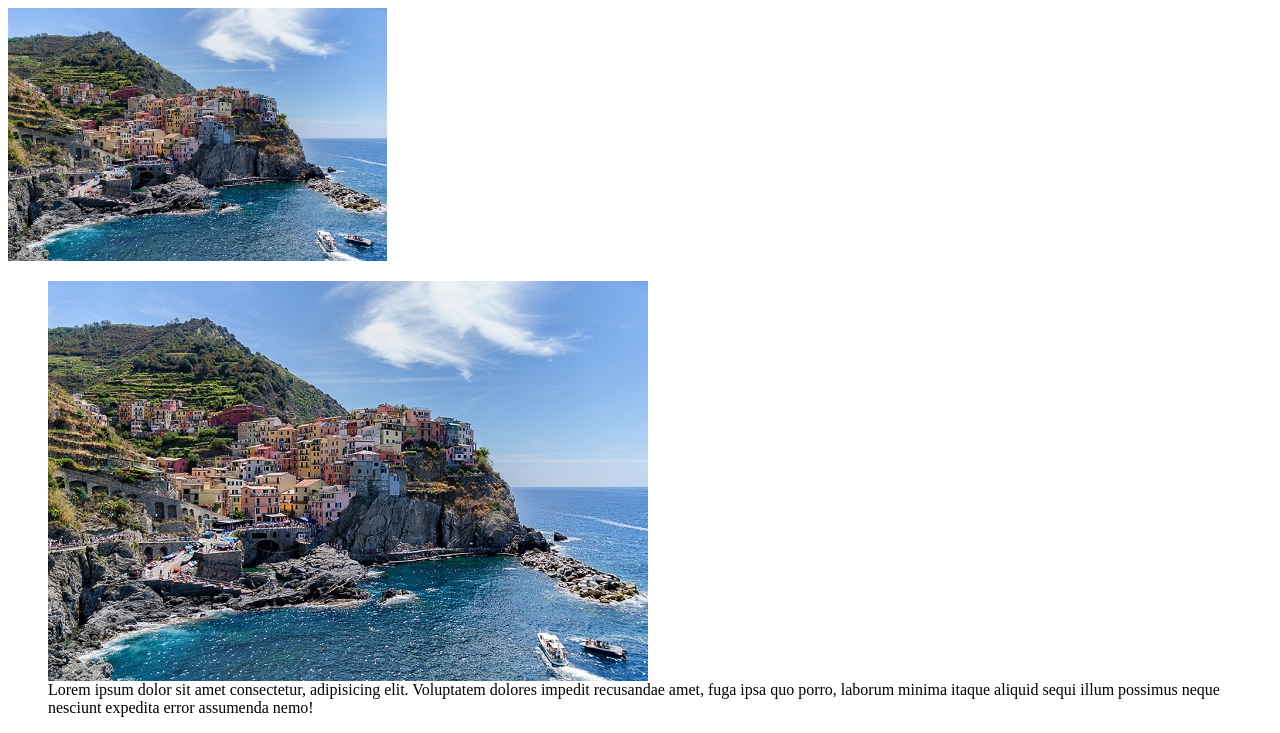
Repository: EmanuelUrbano/introducao_a_tecnologias
Page: 05_05_2022/dropdown_image/index.html
These files come from the project's save history. The page is drawn as it stood at one moment and after the next save; the edit follows.
The browser window is 1280 px wide. The pictures show the whole page.

Above is the page before, as saved 2022-05-10 00:01:52.

After the next save:
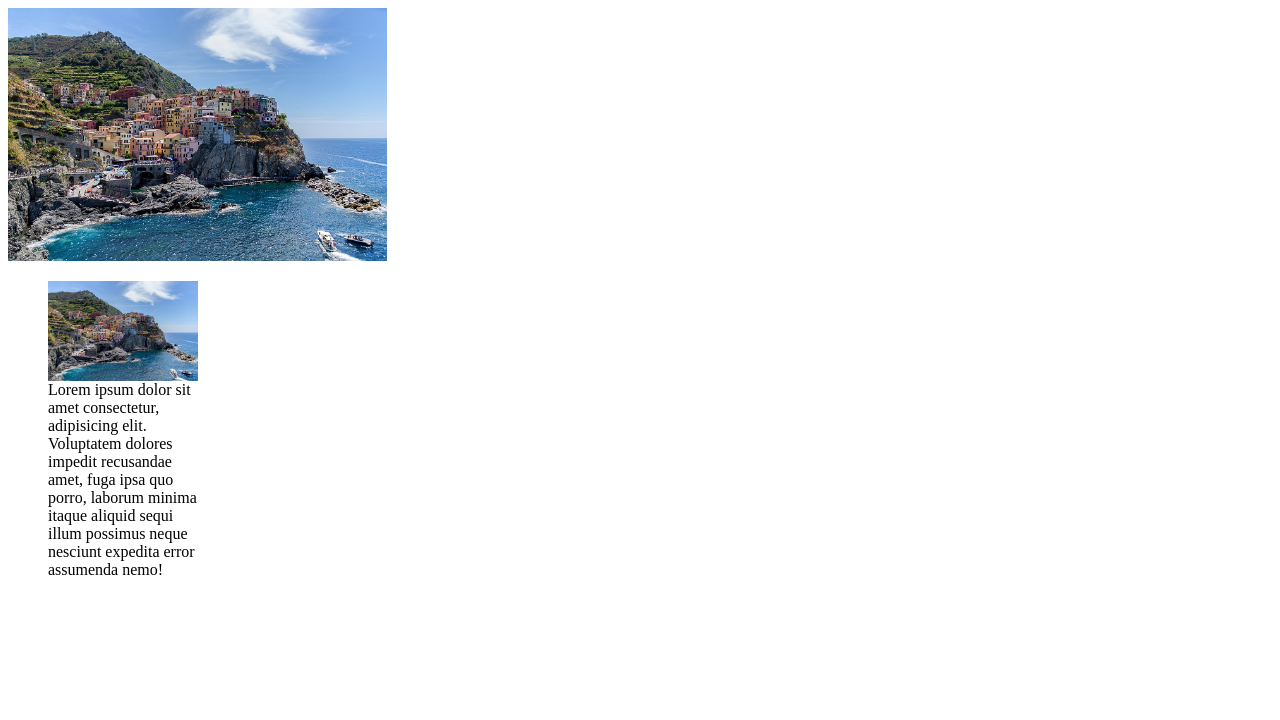
Saved 34 s later.
--- a/05_05_2022/dropdown_image/style.css
+++ b/05_05_2022/dropdown_image/style.css
@@ -5,7 +5,7 @@
 }
 
 figure.imagem_grande{
-    max-width: fit-content;
+    max-width: 150px;
     height: auto;
 }
 

After the save that followed:
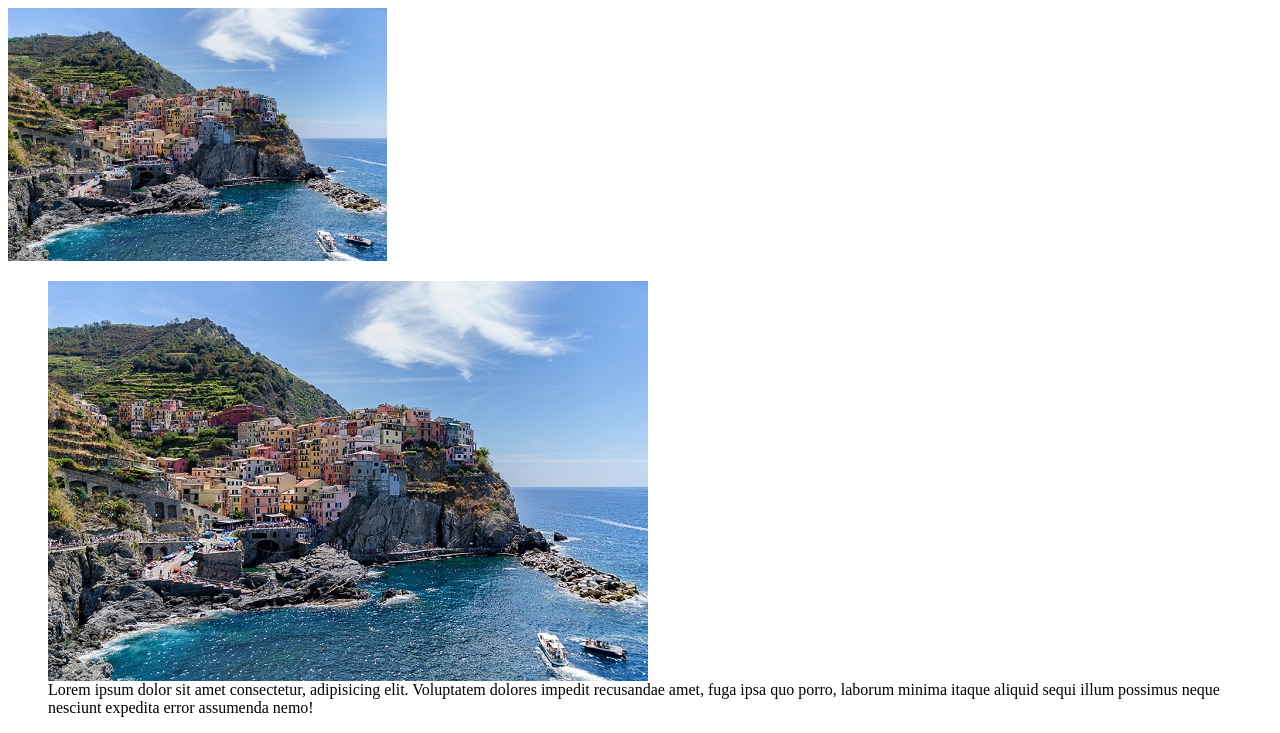
Saved 29 s later.
--- a/05_05_2022/dropdown_image/style.css
+++ b/05_05_2022/dropdown_image/style.css
@@ -5,7 +5,7 @@
 }
 
 figure.imagem_grande{
-    max-width: 150px;
+    max-width: 80%0;
     height: auto;
 }
 
